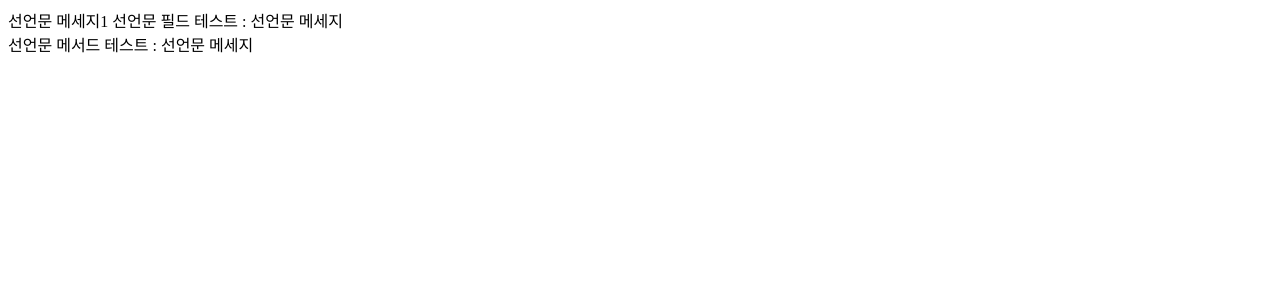
Repository: ceooyh/JSP
Page: http://localhost/step1/basic_statement.jsp
The author's editor kept a copy of each file at every save. The page is drawn from the files as they stood at one save, then again after a run of saves.
The browser window is 1280 px wide. The pictures show the whole page.
The page is served by Tomcat 9.

Above is the page before, as saved 2020-12-28 06:36:25.

After the next 2 saves:
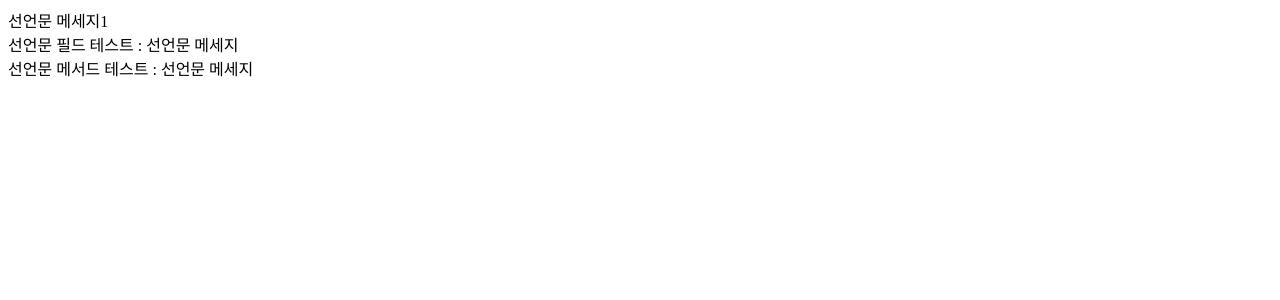
The 2 saves are shown as one change because 1 did not build or start.
The last was saved 20 s later.
--- a/step1/WebContent/basic_statement.jsp
+++ b/step1/WebContent/basic_statement.jsp
@@ -26,6 +26,7 @@
 	<%
 		//웹에 출력부분
 		response.getWriter().println(message+1);
+		response.getWriter().println("<br>");
 	%>
 </body>
 </html>
